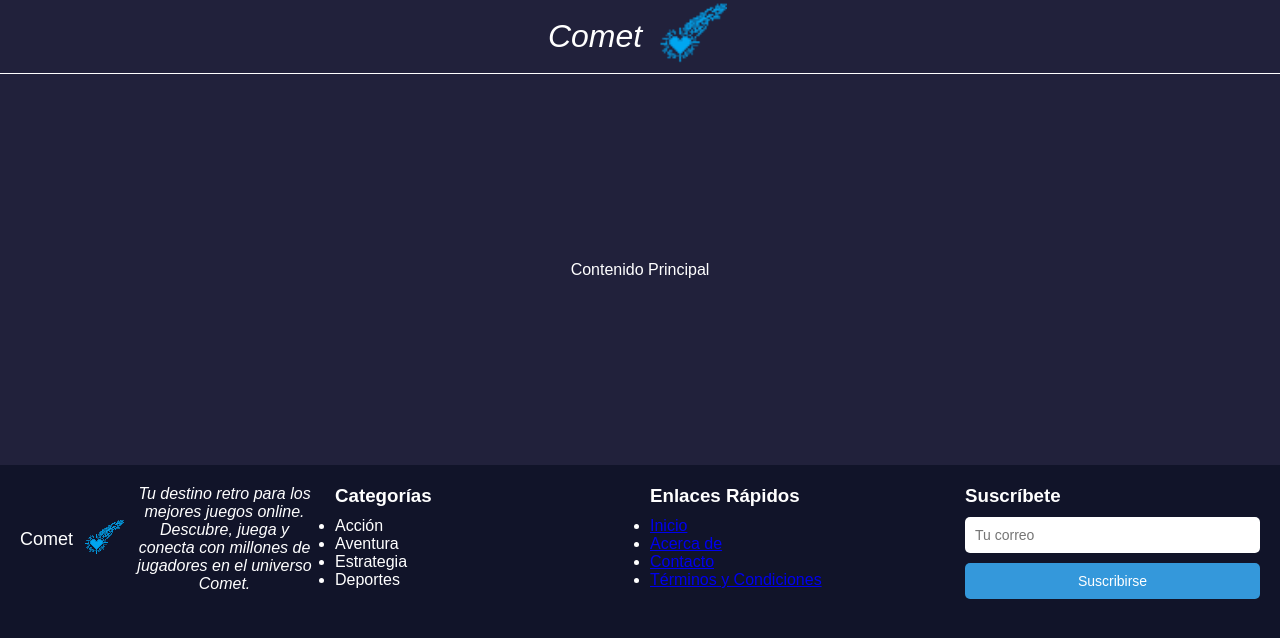
Repository: NahuCaporale/Interfaces
Page: TP2/home.html
An editor plug-in stored every save of this project. The page is shown before and after the next save, followed by the edit.
The browser window is 1280 px wide. The pictures show the whole page.
Some web fonts or font styles are not loaded; a fallback is used.

Above is the page before, as saved 2025-09-24 16:55:11.

### TP2/home.html
<!DOCTYPE html>
<html lang="en">

<head>
    <meta charset="UTF-8">
    <meta name="viewport" content="width=device-width, initial-scale=1.0">
    <link rel="stylesheet" href="estilos.css">
    <title>Comet</title>
</head>

<body>

    <div class="grid-container">
        <div class="nav">
            <div class="logo-container">
                <i class="logo-text">Comet</i>
                <img src="./assets/imgs/comet-logo2.png" alt="logo de cometa" class="logo">
            </div>
        </div>
        <main class="home">Contenido Principal</main>
        <footer class="footer">
            <div class="footer-column">
                <div class="footer-logo">
                    <span class="footer-logo-text">Comet</span>
                    <img src="./assets/imgs/comet-logo2.png" alt="logo de cometa" class="logo">
                    <i>Tu destino retro para los mejores juegos online.
                        Descubre, juega y conecta con millones
                        de jugadores en el universo Comet.
                    </i>
                </div>
            </div>
            <div class="footer-column">
                <h3>Categorías</h3>
                <ul>
                    <li>Acción</li>
                    <li>Aventura</li>
                    <li>Estrategia</li>
                    <li>Deportes</li>
                </ul>
            </div>
            <div class="footer-column">
                <h3>Enlaces Rápidos</h3>
                <ul>
                    <li><a href="#">Inicio</a></li>
                    <li><a href="#">Acerca de</a></li>
                    <li><a href="#">Contacto</a></li>
                    <li><a href="#">Términos y Condiciones</a></li>
                </ul>
            </div>
            <div class="footer-column">
                <h3>Suscríbete</h3>
                <form class="subscribe-form">
                    <input type="email" placeholder="Tu correo" required>
                    <button type="submit">Suscribirse</button>
                </form>
            </div>
        </footer>
    </div>
</body>

</html>

### TP2/estilos.css
@import url('https://fonts.googleapis.com/css2?family=Mouse+Memoirs&display=swap');
* {
    margin: 0;
    padding: 0;
    box-sizing: border-box;
}

body {
    font-family: Arial, sans-serif;
}

.grid-container {
    display: grid;
    grid-template-rows: 74px 1fr 255px; /* Fila para nav, contenido y footer */
    grid-template-columns: repeat(6, 1fr); /* Seis columnas iguales */
    height: 100vh; /* Altura completa de la ventana */
}

.logo-text{
    font-size: 32px;
    font-family: 'Mouse Memoirs', sans-serif; /* Aplica la fuente importada */
    font-weight: normal;
}
.nav {
    grid-column: 1 / 7; /* Ocupa las 6 columnas */
    background-color: #21213B;
    color: white;
    display: flex;
    align-items: center;
    justify-content: center;
    border-bottom: white 1px solid;
}
.logo-container {
    display: flex;
    align-items: center; /* Alinea el logo y el texto verticalmente */
    gap: 10px; /* Espaciado entre el logo y el texto */
}

.home {
    grid-column: 1 / 7; /* Ocupa las 6 columnas */
    background-color: #21213B;
    color: white;
    display: flex;
    align-items: center;
    justify-content: center;
}
.footer {
    grid-column: 1 / 7; /* Ocupa las 6 columnas */
    background-color: #111429;
    color: white;
    display: grid;
    grid-template-columns: repeat(6, 1fr); /* Divide el footer en 6 columnas */
    gap: 20px; /* Espaciado entre columnas */
    padding: 10px;
}
.logo {
    width: 80px;
    height: 70px;
    object-fit: contain; /* Asegura que la imagen mantenga su proporción */
}

/*footer*/
.footer {
    grid-column: 1 / 7; /* Ocupa las 6 columnas */
    background-color: #111429;
    color: white;
    display: grid;
    grid-template-columns: repeat(4, 1fr); /* Divide el footer en 4 columnas iguales */
    gap: 20px; /* Espaciado entre columnas */
    padding: 20px;
    align-items: start; /* Asegura que el contenido de las columnas se alinee al inicio */
}

.footer-column {
    display: flex;
    flex-direction: column;
    gap: 10px; /* Espaciado entre los elementos de cada columna */
}

.footer-logo {
    display: flex;
    align-items: center; /* Centra el logo y el texto verticalmente */
    justify-content: center; /* Centra el logo y el texto horizontalmente */
    gap: 10px; /* Espaciado entre el logo y el texto */
    text-align: center; /* Asegura que el texto esté centrado si es multilinea */

}

.footer-logo img {
    width: 80px;
    height: auto;
}

.footer-logo-text {
    font-size: 18px;
    font-family: 'Mouse Memoirs', sans-serif;
    color: white;
}

.subscribe-form {
    display: flex;
    flex-direction: column;
    gap: 10px;
}

.subscribe-form input {
    padding: 10px;
    border: none;
    border-radius: 5px;
    font-size: 14px;
    width: 100%; /* Asegura que el input no se desborde */
}

.subscribe-form button {
    padding: 10px;
    background-color: #3498db;
    color: white;
    border: none;
    border-radius: 5px;
    cursor: pointer;
    font-size: 14px;
}

.subscribe-form button:hover {
    background-color: #2980b9;
}

After the next save:
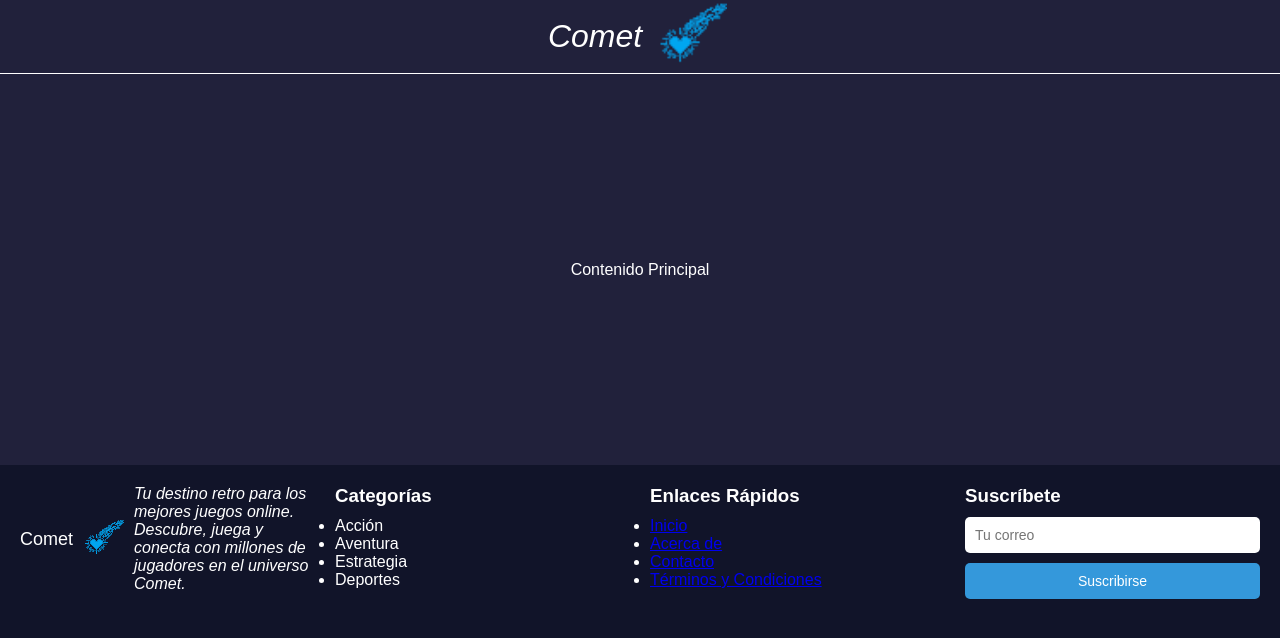
Saved 5 s later.
--- a/TP2/estilos.css
+++ b/TP2/estilos.css
@@ -79,11 +79,8 @@
 
 .footer-logo {
     display: flex;
-    align-items: center; /* Centra el logo y el texto verticalmente */
-    justify-content: center; /* Centra el logo y el texto horizontalmente */
+    align-items: center; /* Alinea el logo y el texto verticalmente */
     gap: 10px; /* Espaciado entre el logo y el texto */
-    text-align: center; /* Asegura que el texto esté centrado si es multilinea */
-
 }
 
 .footer-logo img {
